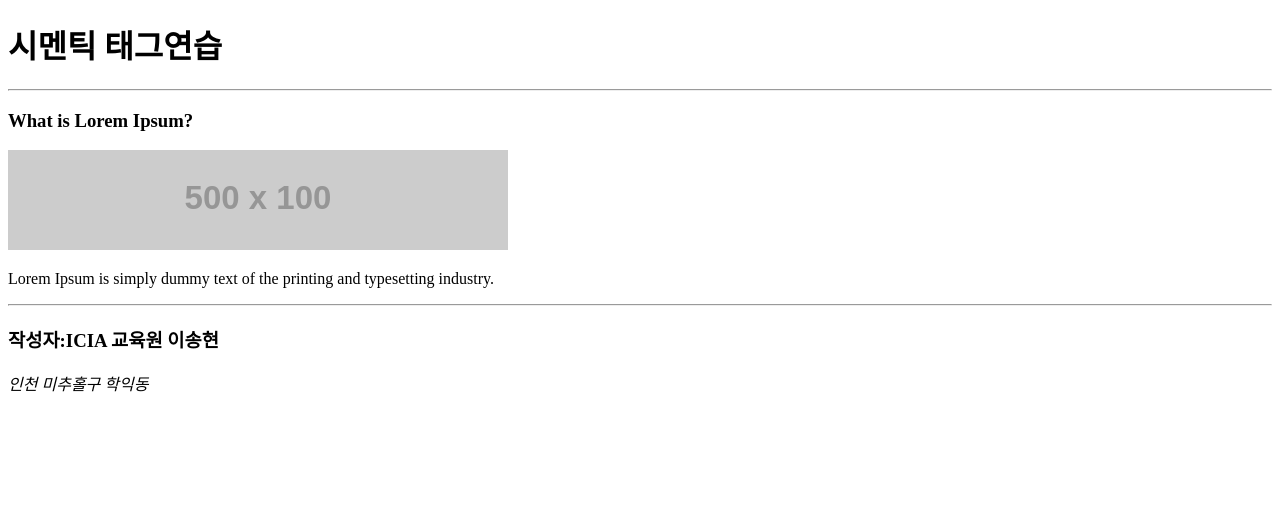
Repository: kmg8138/html
Page: 2020.04.06/ex0406/WebContent/ex06.html
These files come from the project's save history. The page is drawn as it stood at one moment and after the next save; the edit follows.
The browser window is 1280 px wide. The pictures show the whole page.

Above is the page before, as saved 2020-04-06 06:48:40.

### 2020.04.06/ex0406/WebContent/ex06.html
<!DOCTYPE html>
<html>
<head>
	<meta charset="UTF-8">
	<title>시멘틱태그 연습</title>
</head>
<body>
	<header>
		<h1>시멘틱 태그연습</h1>
		<hr/>
	</header>

	<nav>
	</nav>

	<section>
		<article>
			<h3>What is Lorem Ipsum?</h3>
			<img src="http://placehold.it/500x100"/>
			<p>
			Lorem Ipsum is simply dummy text of the printing and typesetting industry.
			</p>
		</article>
	</section>

	<footer>
		<hr/>
		<h3>작성자:ICIA 교육원 이송현</h3>
		<address>인천 미추홀구 학익동</address>
	</footer>
</body>
</html>

After the next save:
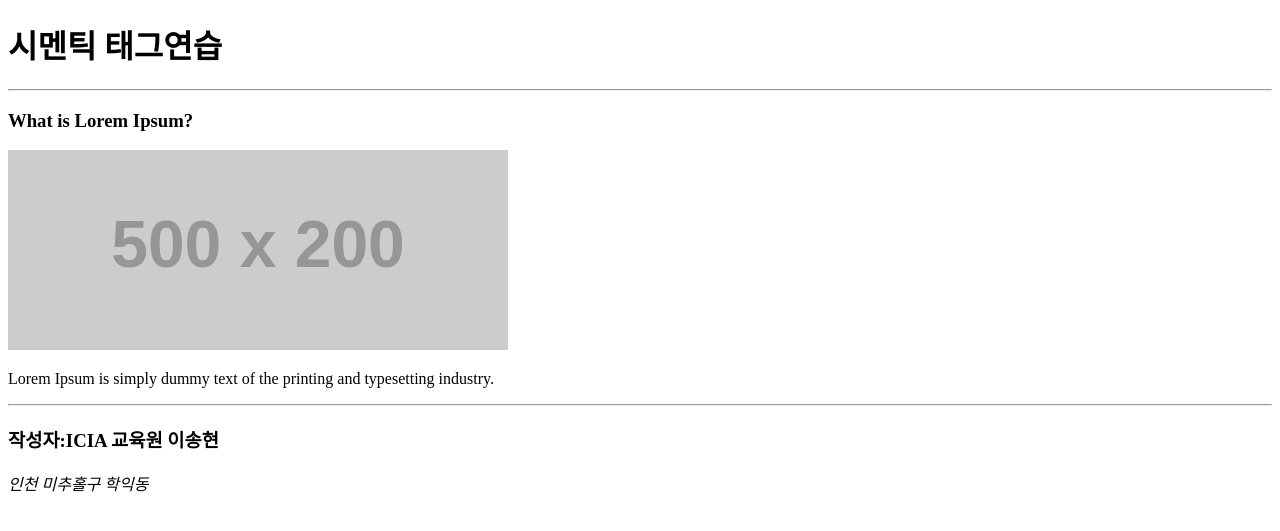
Saved 22 s later.
--- a/2020.04.06/ex0406/WebContent/ex06.html
+++ b/2020.04.06/ex0406/WebContent/ex06.html
@@ -16,7 +16,7 @@
 	<section>
 		<article>
 			<h3>What is Lorem Ipsum?</h3>
-			<img src="http://placehold.it/500x100"/>
+			<img src="http://placehold.it/500x200"/>
 			<p>
 			Lorem Ipsum is simply dummy text of the printing and typesetting industry.
 			</p>
